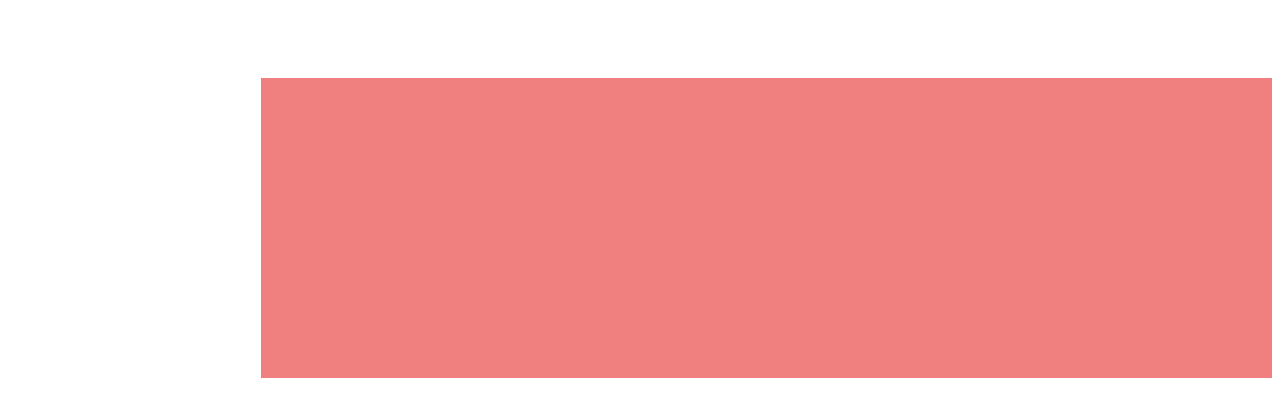
Repository: he-ming-de/vue-back
Page: /
These files come from the project's save history. The page is drawn as it stood at one moment and after the next save; the edit follows.
The browser window is 1280 px wide. The pictures show the whole page.
The page's requests for data from a server got no answer. The project was rebuilt for these pictures with package versions that can differ from the ones it lists, and the page was loaded fresh each time. No one was signed in, and anything a server would have sent is missing.

Above is the page before, as saved 2020-08-28 09:20:58.

### src/main.js
import Vue from "vue";
import App from "./App.vue";
import router from "./router";
import store from "./store";
import ElementUI from 'element-ui';
import 'element-ui/lib/theme-chalk/index.css';
import "./bus"

Vue.config.productionTip = false;
Vue.use(ElementUI);

new Vue({
  router,
  store,
  render: h => h(App)
}).$mount("#app");

### src/App.vue
<template>
  <div>
    <router-view />
  </div>
</template>
<style>
</style>

### src/router/index.js
import Vue from "vue";
import VueRouter from "vue-router";
import Home from "../views/Home.vue";

Vue.use(VueRouter);

const routes = [
  {
    path: "/",
    name: "index",
    component: Home,
    children: [
      {
        path: "",
        name: "Home",
        component: Home,
      }
    ]
  },
  {
    path: "/about",
    name: "About",
    component: () =>
      import("../views/About.vue")
  }
];

const router = new VueRouter({
  mode: "history",
  base: process.env.BASE_URL,
  routes
});

export default router;

### src/bus/index.js
import Vue from 'vue'
const bus = new Vue()
Vue.prototype.$bus = bus

### src/views/Home.vue
<template>
  <div class="d-flex">
    <!-- 侧边栏 -->
    <div class="sidebar">
      <sidebar></sidebar>
    </div>
    <div class="kuan">
      <!-- 导航栏 -->
      <div class="navigation-bar">
        <top></top>
      </div>
      <!-- 类容 -->
      <div class="Class-capacity">
        <capacity></capacity>
      </div>
    </div>
  </div>
</template>

<script>
import sidebar from "../components/sidebar";
import capacity from "../components/capacity";
import top from "../components/top";
export default {
  name: "",
  props: {},
  data() {
    return {};
  },
  components: {
    top,
    capacity,
    sidebar
  },
  methods: {

  },
  mounted() {},
  watch: {},
  computed: {}
};
</script>
<style scoped>
.kuan {
  width: 80%;
}
.navigation-bar {
  width: 94%;
  height: 70px;
  display: flex;
  padding: 0 3%;
}
.sidebar {
  width: 20%;
  height: 100%;
  background: gold;
}
.Class-capacity {
  width: 100%;
  height: 300px;
  background: lightcoral;
}
.d-flex {
  display: flex;
}
.font {
  width: 100px;
  height: 100px;
  display: flex;
  align-items: center;
  justify-content: center;
}
</style>

### src/components/sidebar.vue
<template>
  <div>
    <!-- 侧边栏 -->
    <el-row class="tac">
      <!-- 一级 -->
      <el-col v-for="(item,index) in lists" :key="index">
        <el-menu
          default-active="0"
          class="el-menu-vertical-demo"
          @open="handleOpen"
          @close="handleClose"
        >
          <el-menu-item v-if="index==0" :index="item.url">
            <span slot="title">{{item.name}}</span>
          </el-menu-item>
          <el-submenu v-else :index="item.url">
            <template slot="title">
              <span>{{item.name}}</span>
            </template>
            <!-- 二级 -->
            <el-menu-item-group v-for="(item1,index1) in asss" :key="index1">
              <el-menu-item :index="item.url">{{item1.name}}</el-menu-item>
            </el-menu-item-group>
          </el-submenu>
        </el-menu>
      </el-col>
    </el-row>
  </div>
</template>

<script>
export default {
  name: "",
  props: {},
  data() {
    return {
      list: [],
      menu_id: "",
      lists: [],
      ass: [],
      menu_ids: "",
      asss: []
    };
  },
  components: {},
  methods: {
    //侧边栏
    //展开
    handleOpen(key, keyPath) {
      console.log(key, keyPath);
      this.menu_ids = this.lists[key].menu_id;
      this.asss = this.ass.filter(item => {
        return item.parent_id == this.menu_ids;
      });
    },
    //收起
    handleClose(key, keyPath) {
      console.log(key, keyPath);
      // this.menu_ids = this.lists[key].menu_id;
      // this.asss = this.ass.filter(item => {
      //   return item.parent_id == this.menu_ids;
      // });
    }
  },
  mounted() {
    this.$bus.$on("send", data => {
      console.log(data);
      this.lists = data;
    });
    this.$bus.$on("send1", data => {
      this.ass = data;
      console.log(data);
    });
  },
  watch: {},
  computed: {}
};
</script>

<style scoped lang='scss'>
</style>

### src/components/capacity.vue
<template>
 <div>
  <!-- 类容 -->
 </div>
</template>

<script>
 export default {
   name:'',
   props:{

    },
   data () {
     return {

     }
   },
   components: {

   },
   methods: {

   },
   mounted() {

   },
   watch: {

   },
   computed: {

   }
 }
</script>

<style scoped lang='scss'>

</style>

### src/components/top.vue
<template>
  <div>
    <el-menu :default-active="activeIndex" mode="horizontal" @select="handleSelect" router>
      <el-menu-item v-for="(item,index) in arr" :key="index" :index="item.url">{{item.name}}</el-menu-item>
    </el-menu>
  </div>
</template>

<script>
import axios from "axios";
export default {
  name: "",
  props: {},
  data() {
    return {
      activeIndex: "0",
      menus: [],
      arr: [],
      list: [],
      menu_id: "",
      lists: [],
      ass: [],
      menu_ids: "",
      asss: []
    };
  },
  components: {},
  methods: {
    //导航栏
    handleSelect(key) {
      console.log(key);
      let index = this.arr.findIndex(item => {
          return item.url == key
      })
      console.log(index);
      this.menu_id = this.arr[index].menu_id;
      console.log(this.menu_id);
      this.lists = this.list.filter(item => {
        return item.parent_id == this.menu_id;
      });
      this.$bus.$emit("send", this.lists);
      this.$bus.$emit("send1", this.ass);
    },
    // 所有数据
    getData() {
      axios
        .get("http://49.233.66.125:3030/menu")
        .then(res => {
          console.log(res);
          this.menus = res.data.data.menus;
          this.menus.map(item => {
            if (item.level == 0) {
              this.arr.push(item);
            }
            if (item.level == 1) {
              this.list.push(item);
            }
            if (item.level == 2) {
              this.ass.push(item);
            }
          });
          this.arr = this.arr.slice(0, 7);
          console.log(this.arr);
          console.log(this.list);
          console.log(this.ass);
        //   this.$bus.$emit("send", this.list);
        })
        .catch(err => {
          console.log(err);
        });
    }
  },
  mounted() {
    this.getData();
  },
  watch: {},
  computed: {}
};
</script>

<style scoped lang='scss'>
</style>

Loaded but not shown: public/index.html (common file); src/store/index.js (common file)

After the next save:
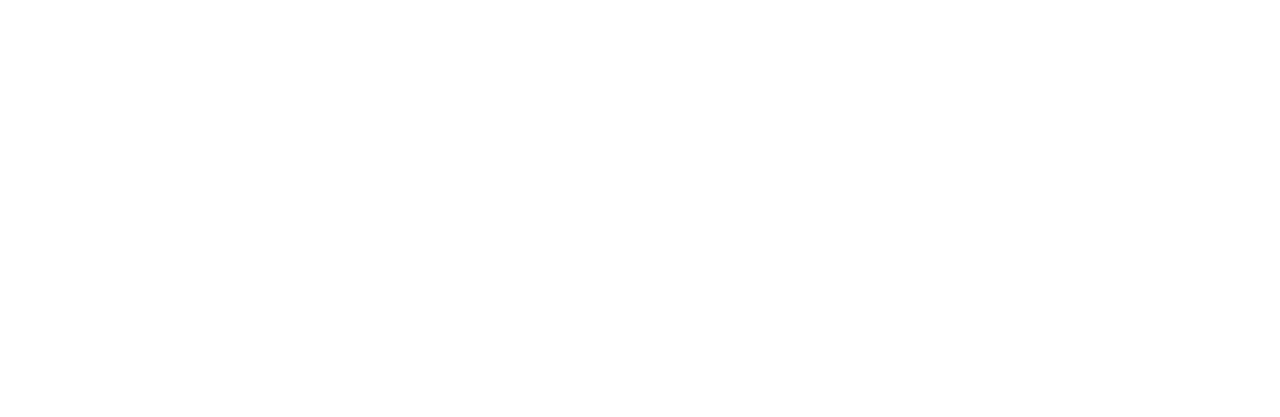
Saved 26 s later.
--- a/src/router/index.js
+++ b/src/router/index.js
@@ -5,6 +5,10 @@
 Vue.use(VueRouter);
 
 const routes = [
+  {
+    path: '/',
+    redirect: '/index'
+  },
   {
     path: "/",
     name: "index",

After the 3 saves that followed:
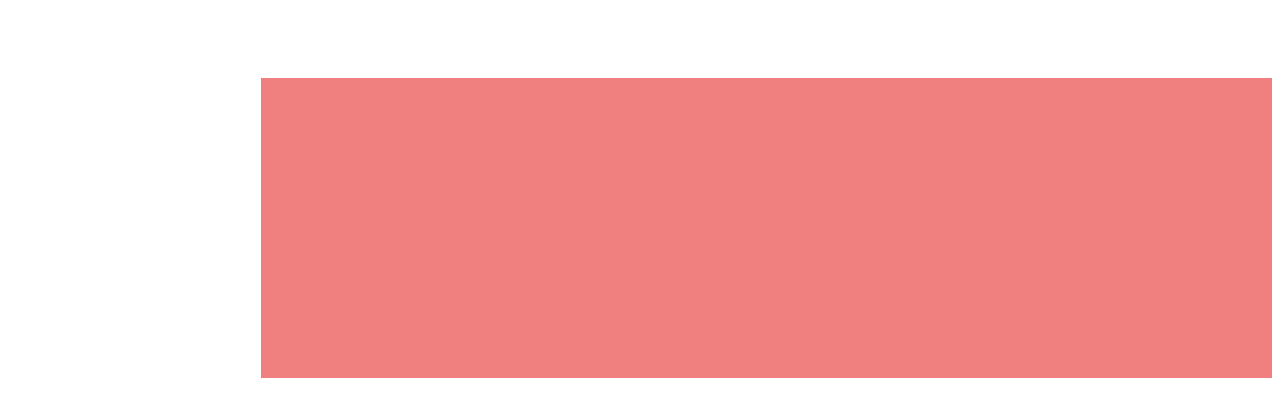
The 3 saves are shown as one change because 2 left the picture as it was.
The last was saved 65 s later.
--- a/src/router/index.js
+++ b/src/router/index.js
@@ -10,12 +10,11 @@
     redirect: '/index'
   },
   {
-    path: "/",
-    name: "index",
+    path: "",
     component: Home,
     children: [
       {
-        path: "",
+        path: "/index",
         name: "Home",
         component: Home,
       }
